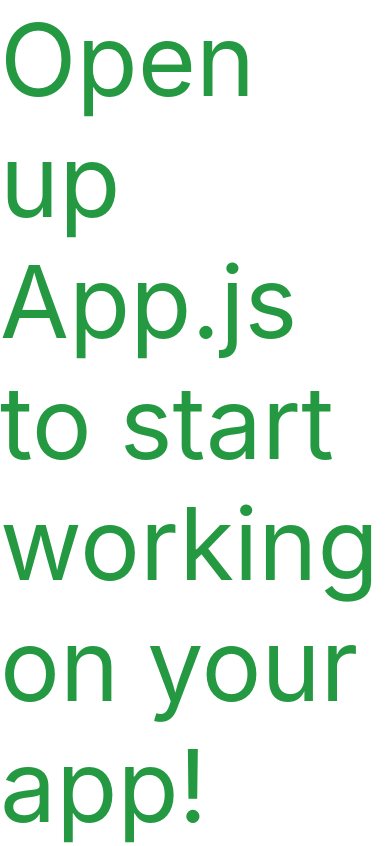
Repository: brksaian/Desenvolvimento_Mobile
Screen: / (app in Aula_03/aula_03/)
An editor plug-in stored every save of this project. The screen is shown before and after the next save, followed by the edit.
The app was drawn by React Native's web renderer in a window 390 px wide. The project was rebuilt for these pictures with package versions that can differ from the ones it lists, and the page was loaded fresh each time. Some packages were replaced by stand-ins written for this rebuild.

Above is the screen before, as saved 2023-08-15 19:59:31.

After the next save:
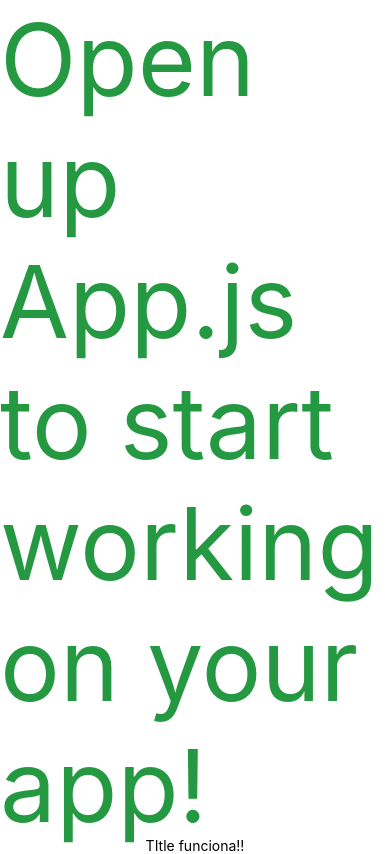
Saved 12 s later.
--- a/Aula_03/aula_03/App.js
+++ b/Aula_03/aula_03/App.js
@@ -10,6 +10,7 @@ export default function App() {
       <Text style={styles.text}>
         Open up App.js to start working on your app!
       </Text>
+      <Title/>
       <StatusBar style="auto" />
     </View>
   );
